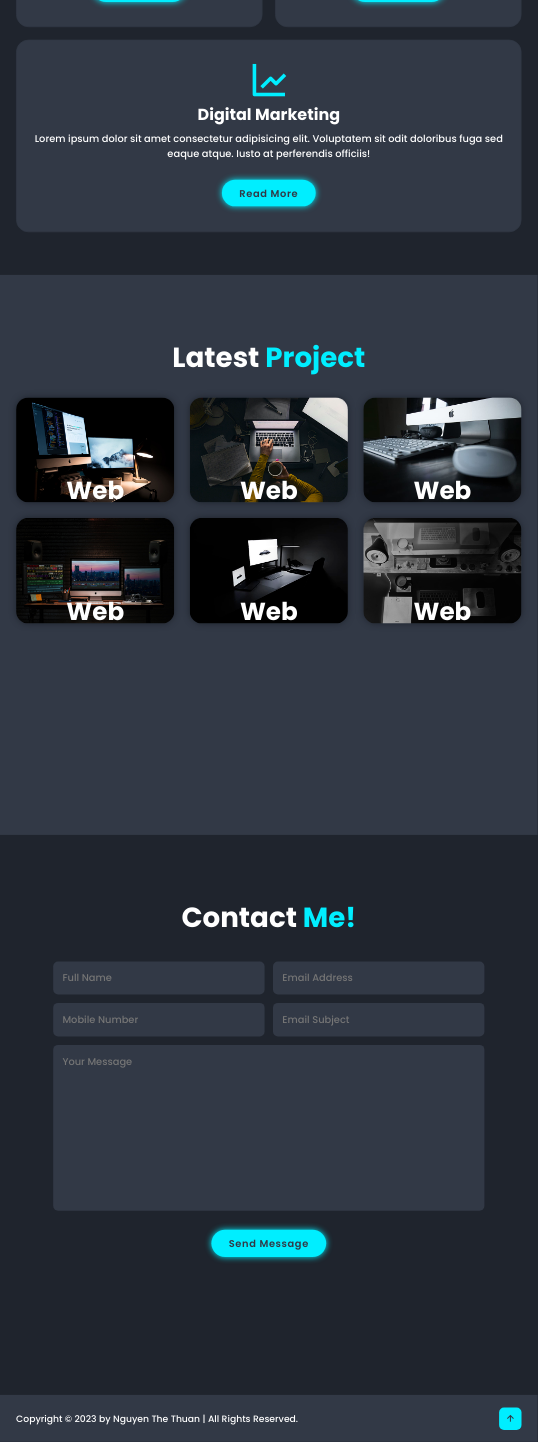
Repository: nguyenthethuan2004/portfolio
Page: index.html
These files come from the project's save history. The page is drawn as it stood at one moment and after the next save; the edit follows.
The browser window is 768 px wide. The pictures show the part of the page from y = 2394 to 4634 px (the page is 4454 px tall before and 4634 px after), at 70% of full size.

Above is the page before, as saved 2023-10-03 19:21:47.
Console error: ReferenceError: navbar is not defined

After the next save:
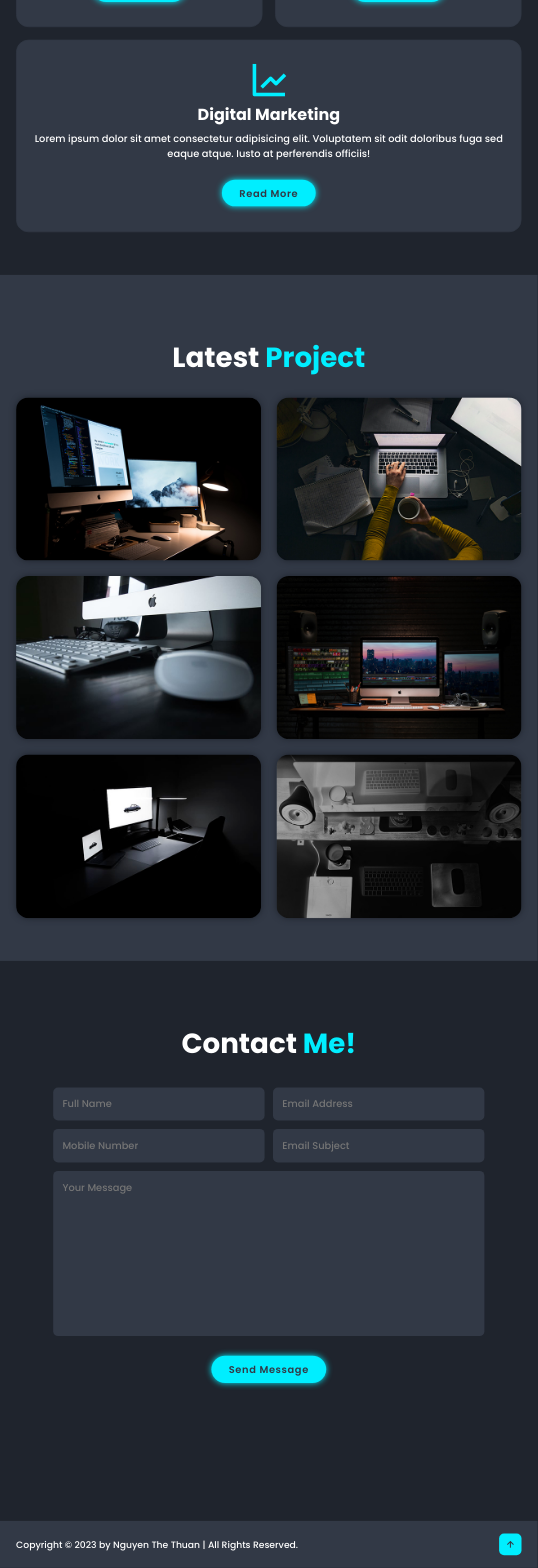
Saved 2 min 12 s later.
--- a/css/style.css
+++ b/css/style.css
@@ -463,6 +463,6 @@ span {
     }
 
     .portfolio-container {
-        grid-template-columns: repeat(2, 1ft);
-    }
-}
+        grid-template-columns: repeat(2, 1fr);
+    }
+}
